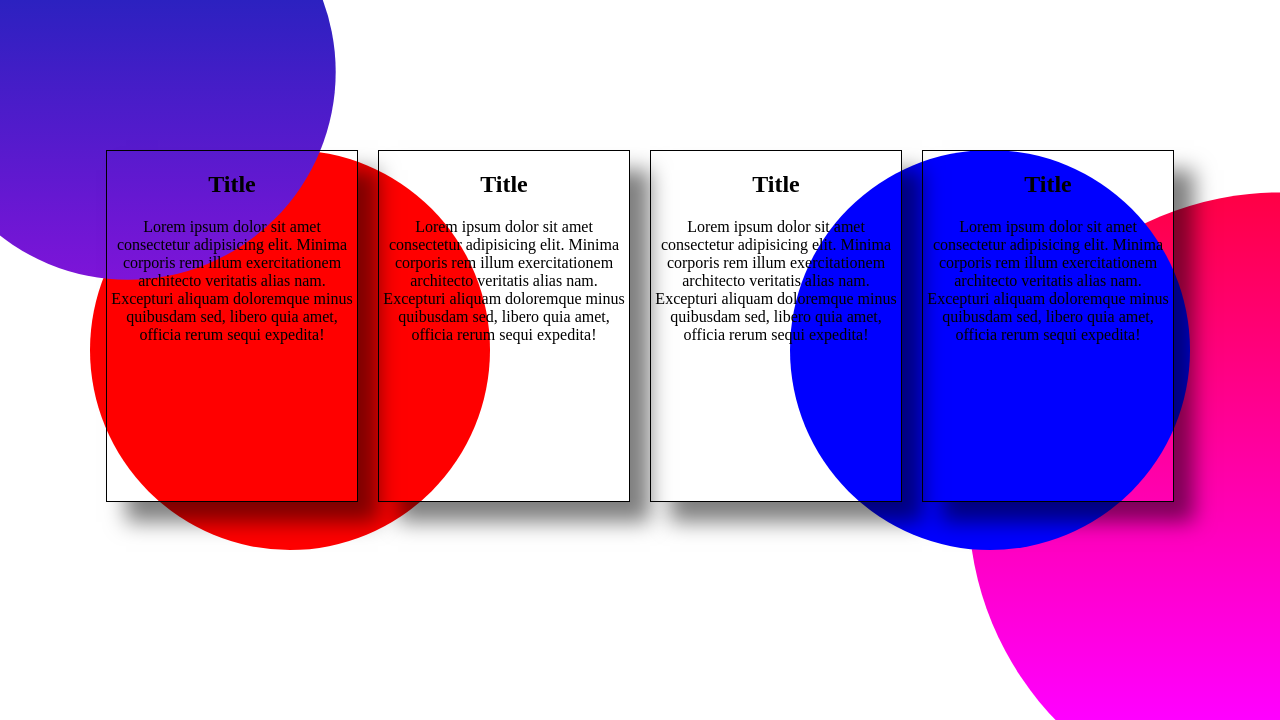
Repository: dovanluyen1996/Test-Git-PR
Page: index.html
The author's editor kept a copy of each file at every save. The page is drawn from the files as they stood at one save, then again after the next save.
The browser window is 1280 px wide. The pictures show the whole page.

Above is the page before, as saved 2021-09-06 23:51:59.

### index.html
<!DOCTYPE html>
<html lang="en">
  <head>
    <meta charset="UTF-8" />
    <meta http-equiv="X-UA-Compatible" content="IE=edge" />
    <meta name="viewport" content="width=device-width, initial-scale=1.0" />
    <title>TestVsCode</title>
    <link rel="stylesheet" href="css/style.css" />
  </head>

  <body>
    <div class="container">
      <div class="test1"></div>
      <div class="test2"></div>
    </div>
    <div class="center">
      <div class="item-center">
        <h2>Title</h2>
        <p class="text">
          Lorem ipsum dolor sit amet consectetur adipisicing elit. Minima
          corporis rem illum exercitationem architecto veritatis alias nam.
          Excepturi aliquam doloremque minus quibusdam sed, libero quia amet,
          officia rerum sequi expedita!
        </p>
      </div>
      <div class="item-center">
        <h2>Title</h2>
        <p class="text">
          Lorem ipsum dolor sit amet consectetur adipisicing elit. Minima
          corporis rem illum exercitationem architecto veritatis alias nam.
          Excepturi aliquam doloremque minus quibusdam sed, libero quia amet,
          officia rerum sequi expedita!
        </p>
      </div>
      <div class="item-center">
        <h2>Title</h2>
        <p class="text">
          Lorem ipsum dolor sit amet consectetur adipisicing elit. Minima
          corporis rem illum exercitationem architecto veritatis alias nam.
          Excepturi aliquam doloremque minus quibusdam sed, libero quia amet,
          officia rerum sequi expedita!
        </p>
      </div>
      <div class="item-center">
        <h2>Title</h2>
        <p class="text">
          Lorem ipsum dolor sit amet consectetur adipisicing elit. Minima
          corporis rem illum exercitationem architecto veritatis alias nam.
          Excepturi aliquam doloremque minus quibusdam sed, libero quia amet,
          officia rerum sequi expedita!
        </p>
      </div>
    </div>
  </body>
</html>

### css/style.css
body {
}
body::before {
  content: "";
  position: absolute;
  top: 0;
  left: 0;
  width: 100%;
  height: 100%;
  background: linear-gradient(#f00, #f0f);
  clip-path: circle(30% at right 70%);
}
body::after {
  content: "";
  position: absolute;
  top: 0;
  left: 0;
  width: 100%;
  height: 100%;
  background: linear-gradient(rgb(44, 33, 192), #f0f);
  clip-path: circle(20% at 10% 10%);
}
.container {
  width: 1100px;
  margin: 0 auto;
  position: relative;
}
.test1 {
  width: 400px;
  height: 400px;
  background-color: red;
  border-radius: 50%;
  position: absolute;
}
.test2 {
  width: 400px;
  height: 400px;
  background-color: blue;
  border-radius: 50%;
  position: absolute;
  right: 0;
}
.item-center {
  width: 250px;
  height: 350px;
  border: 1px solid black;
  text-align: center;
  box-shadow: 20px 20px 20px rgba(0, 0, 0, 0.5);
}
.center {
  margin-top: 150px;
  position: relative;
  z-index: 999;
  display: flex;
  column-gap: 20px;
  justify-content: center;
  align-items: center;
}

After the next save:
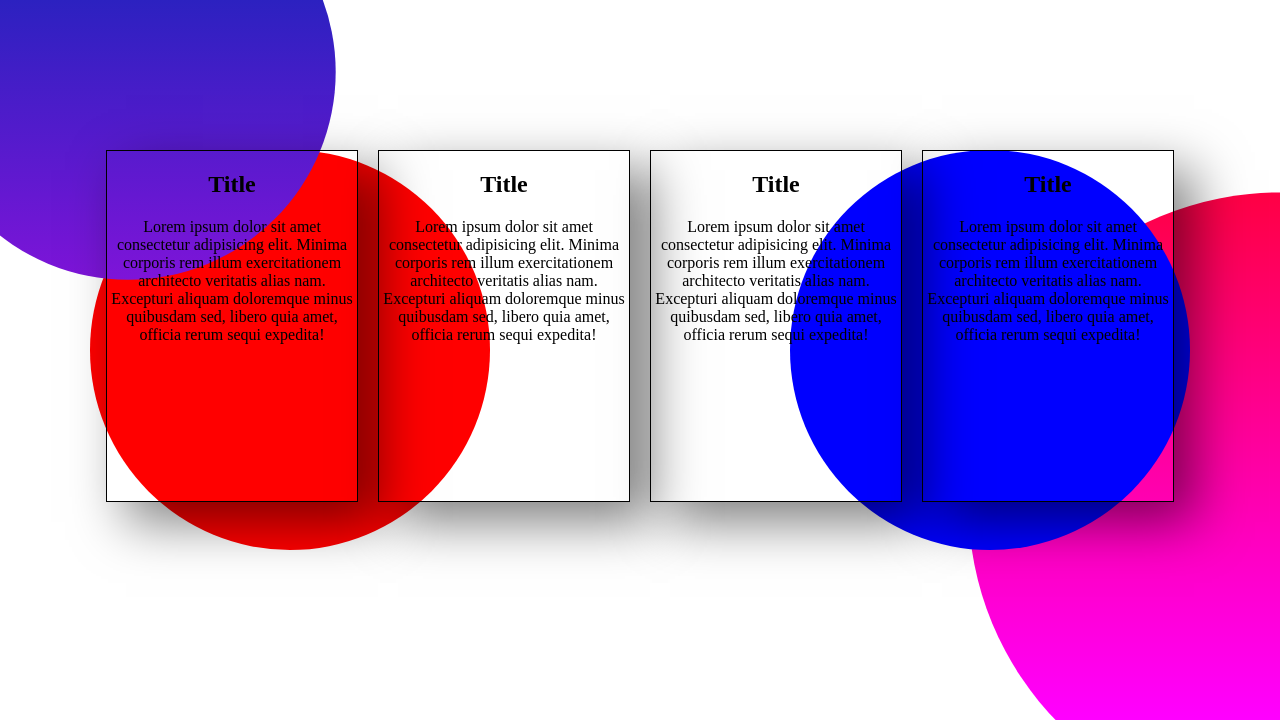
Saved 8 s later.
--- a/css/style.css
+++ b/css/style.css
@@ -45,7 +45,7 @@ body::after {
   height: 350px;
   border: 1px solid black;
   text-align: center;
-  box-shadow: 20px 20px 20px rgba(0, 0, 0, 0.5);
+  box-shadow: 20px 20px 50px rgba(0, 0, 0, 0.5);
 }
 .center {
   margin-top: 150px;
